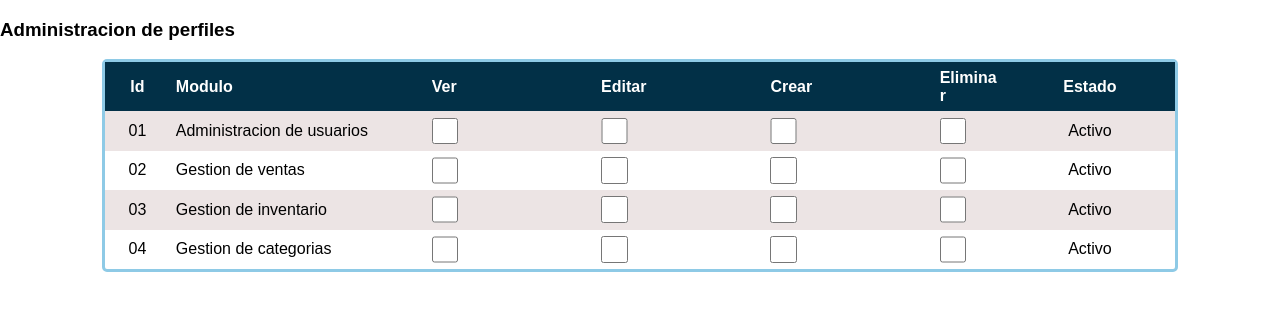
Repository: AlexanderBarona/Proyecto_Ciclo3_Mintic
Page: PaginaWeb/pages/listar_perfiles.html
These files come from the project's save history. The page is drawn as it stood at one moment and after the next save; the edit follows.
The browser window is 1280 px wide. The pictures show the whole page.

Above is the page before, as saved 2021-09-30 14:35:43.

After the next save:
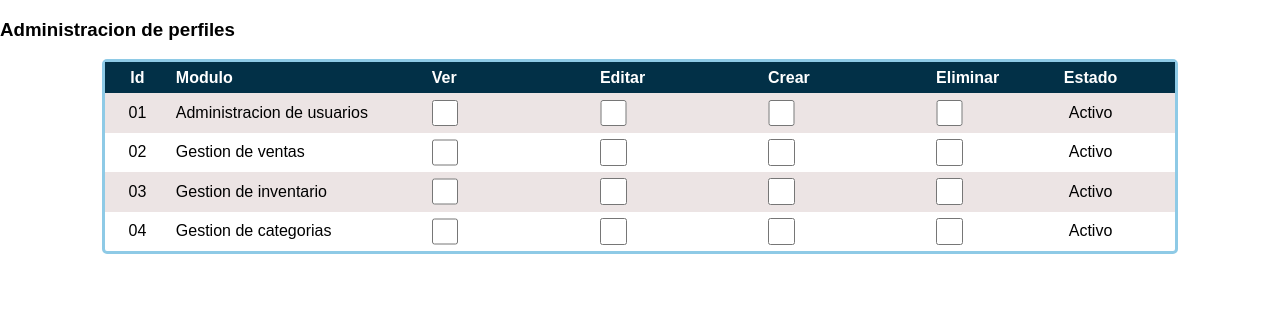
Saved 55 s later.
--- a/PaginaWeb/css/admin_user.css
+++ b/PaginaWeb/css/admin_user.css
@@ -124,7 +124,7 @@
 
 
 .table_entity2 td:nth-child(6) {
-  width: 4.5em;
+  width: 4.8em;
 
 }
 
